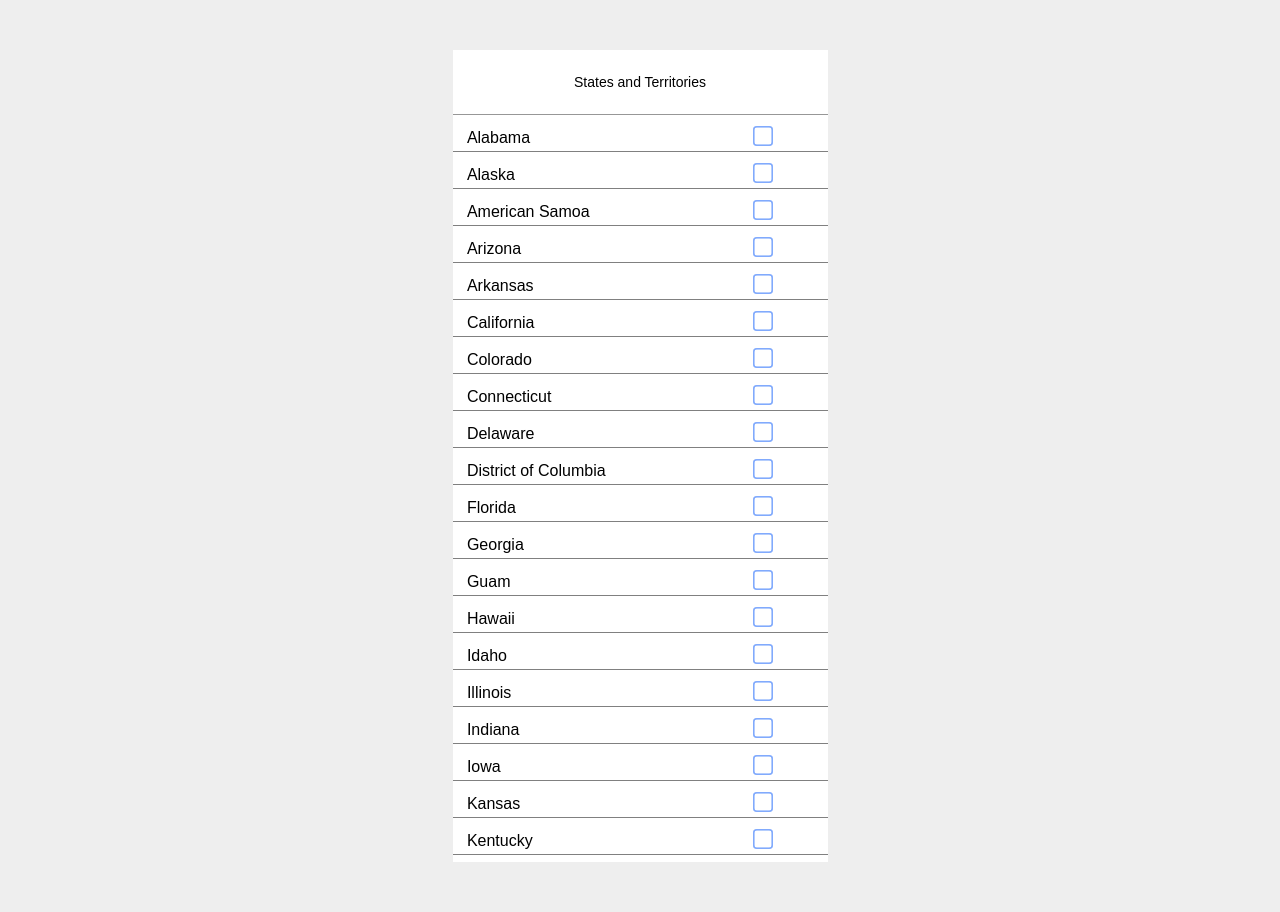
Repository: zitac234/codingTest
Page: /
These files come from the project's save history. The page is drawn as it stood at one moment and after the next save; the edit follows.
The browser window is 1280 px wide. The pictures show the whole page.
The project was rebuilt for these pictures with package versions that can differ from the ones it lists, and the page was loaded fresh each time.

Above is the page before, as saved 2021-03-31 15:27:17.

### src/index.css
body {
  margin: 0;
  font-family: 'Arial', sans-serif;
  -webkit-font-smoothing: antialiased;
  -moz-osx-font-smoothing: grayscale;
  background-color: #eee;
}

### src/Header.js
import "./Header.css";

export function Header() {
  return (
    <header className="header">
      <span className="title">States and Territories</span>
    </header>
  );
}

### src/List.js
import { Fragment } from "react";
import { Checkbox } from "./Checkbox";
import "./List.css";
export function List(props) {
  return (
    <div className="list">
      {props.items.map((item) => (
        <Fragment key={item}>
          <div className='line'>
            <div className='state'>{item}</div><div className='checkbox'><Checkbox/></div><br />
          {/* You also have <Checkbox selected={false} /> */}
          </div>
          </Fragment>
      ))}
    </div>
  );
}

### src/_data.js
export const data = [
  "Alabama",
  "Alaska",
  "American Samoa",
  "Arizona",
  "Arkansas",
  "California",
  "Colorado",
  "Connecticut",
  "Delaware",
  "District of Columbia",
  "Florida",
  "Georgia",
  "Guam",
  "Hawaii",
  "Idaho",
  "Illinois",
  "Indiana",
  "Iowa",
  "Kansas",
  "Kentucky",
  "Louisiana",
  "Maine",
  "Maryland",
  "Massachusetts",
  "Michigan",
  "Minnesota",
  "Mississippi",
  "Missouri",
  "Montana",
  "Nebraska",
  "Nevada",
  "New Hampshire",
  "New Jersey",
  "New Mexico",
  "New York",
  "North Carolina",
  "North Dakota",
  "Northern Mariana Islands",
  "Ohio",
  "Oklahoma",
  "Oregon",
  "Pennsylvania",
  "Puerto Rico",
  "Rhode Island",
  "South Carolina",
  "South Dakota",
  "Tennessee",
  "Texas",
  "Utah",
  "Vermont",
  "Virgin Islands",
  "Virginia",
  "Washington",
  "West Virginia",
  "Wisconsin",
  "Wyoming"
]

### src/Header.css
.header {
  width: 100%;
  font-size: 14px;
  display: flex;
  border-bottom: 1px solid #979797;
}

.title {
  line-height: 24px;
  margin: 20px auto;
}

### src/Checkbox.js
import selected from "./Checkbox-Filled.svg";
import unselected from "./Checkbox-Empty.svg";

export function Checkbox(props) {
  return (
    <img
      width={20}
      height={20}
      src={props.selected ? selected : unselected}
      alt={`Checkbox ${selected ? "selected" : "unselected"}`}
    />
  );
}

### src/List.css
.list {
  flex: 1;
  overflow: auto;
}
.line{
  height: 3vh;
  margin-top: 2vh;
  border-bottom: 1px solid gray;
}
.checkbox{
  margin-left: 80%;
  margin-top: -3vh;
}
.state{
  margin-left: 2vh;
  margin-top: 2vh;
}

Loaded but not shown: public/index.html (common file); src/index.js (common file); src/App.js (common file); src/App.css (common file)

After the next save:
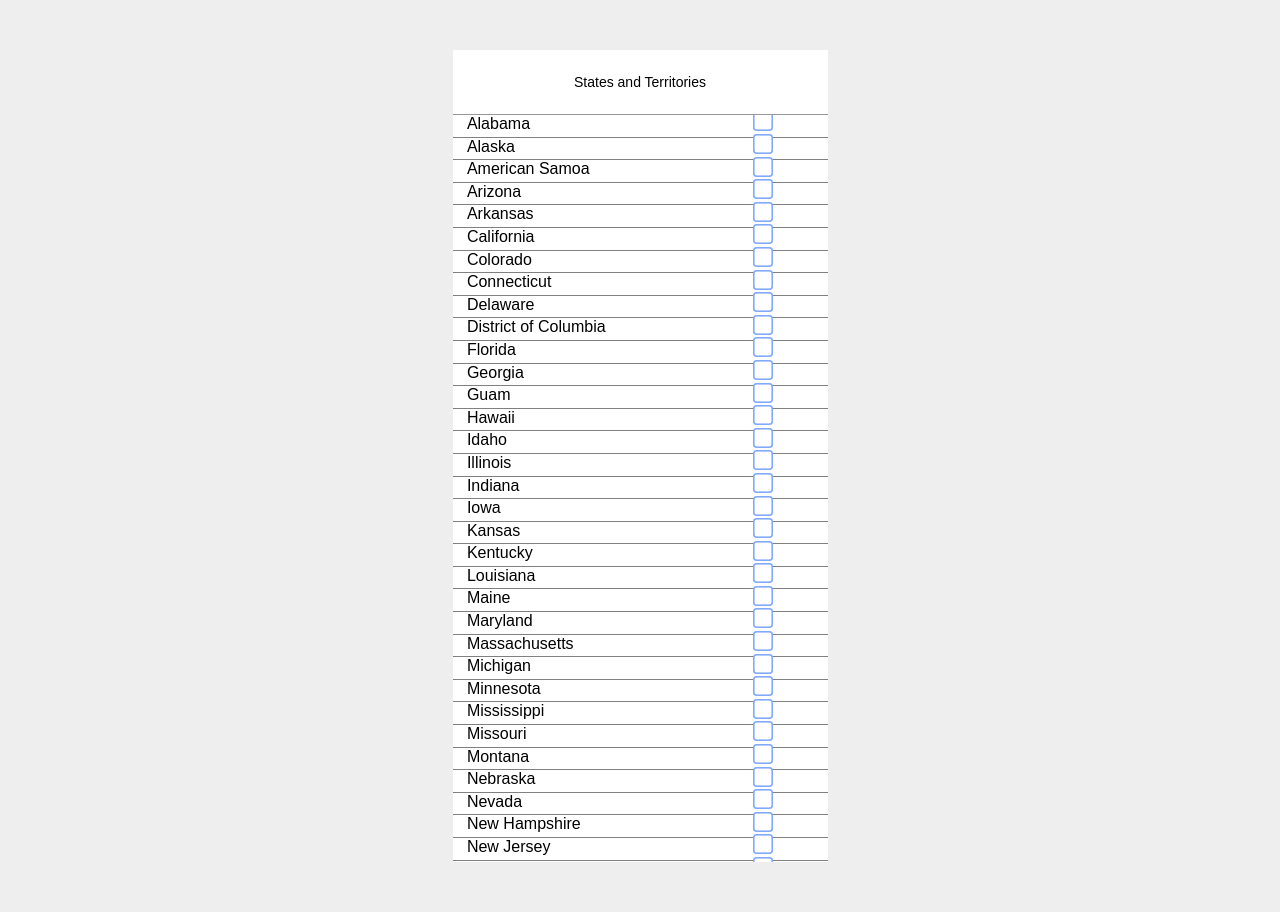
Saved 13 s later.
--- a/src/List.css
+++ b/src/List.css
@@ -13,5 +13,5 @@
 }
 .state{
   margin-left: 2vh;
-  margin-top: 2vh;
+  margin-top: -2vh;
 }

After the save that followed:
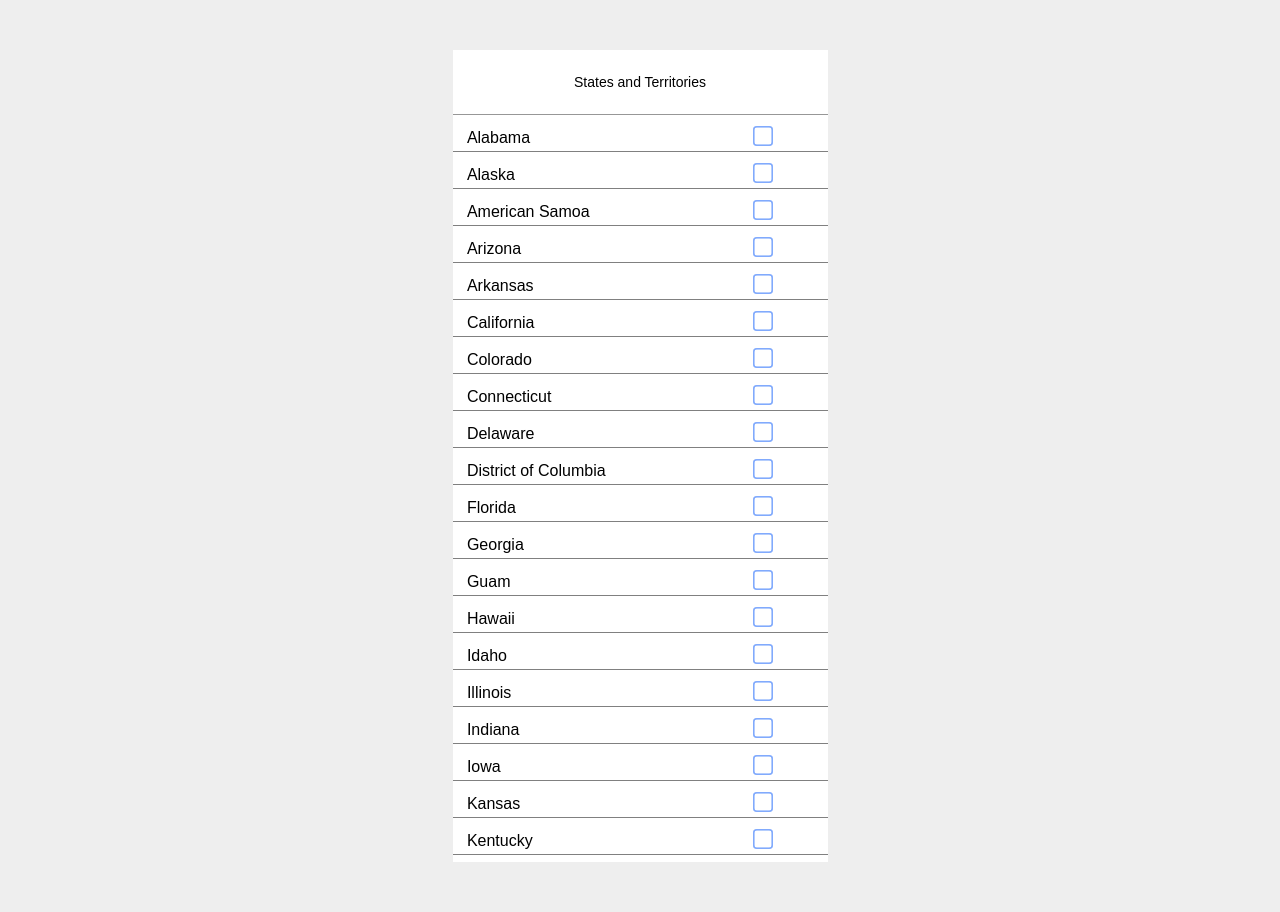
Saved 6 s later.
--- a/src/List.css
+++ b/src/List.css
@@ -13,5 +13,5 @@
 }
 .state{
   margin-left: 2vh;
-  margin-top: -2vh;
+  margin-top: 2vh;
 }
